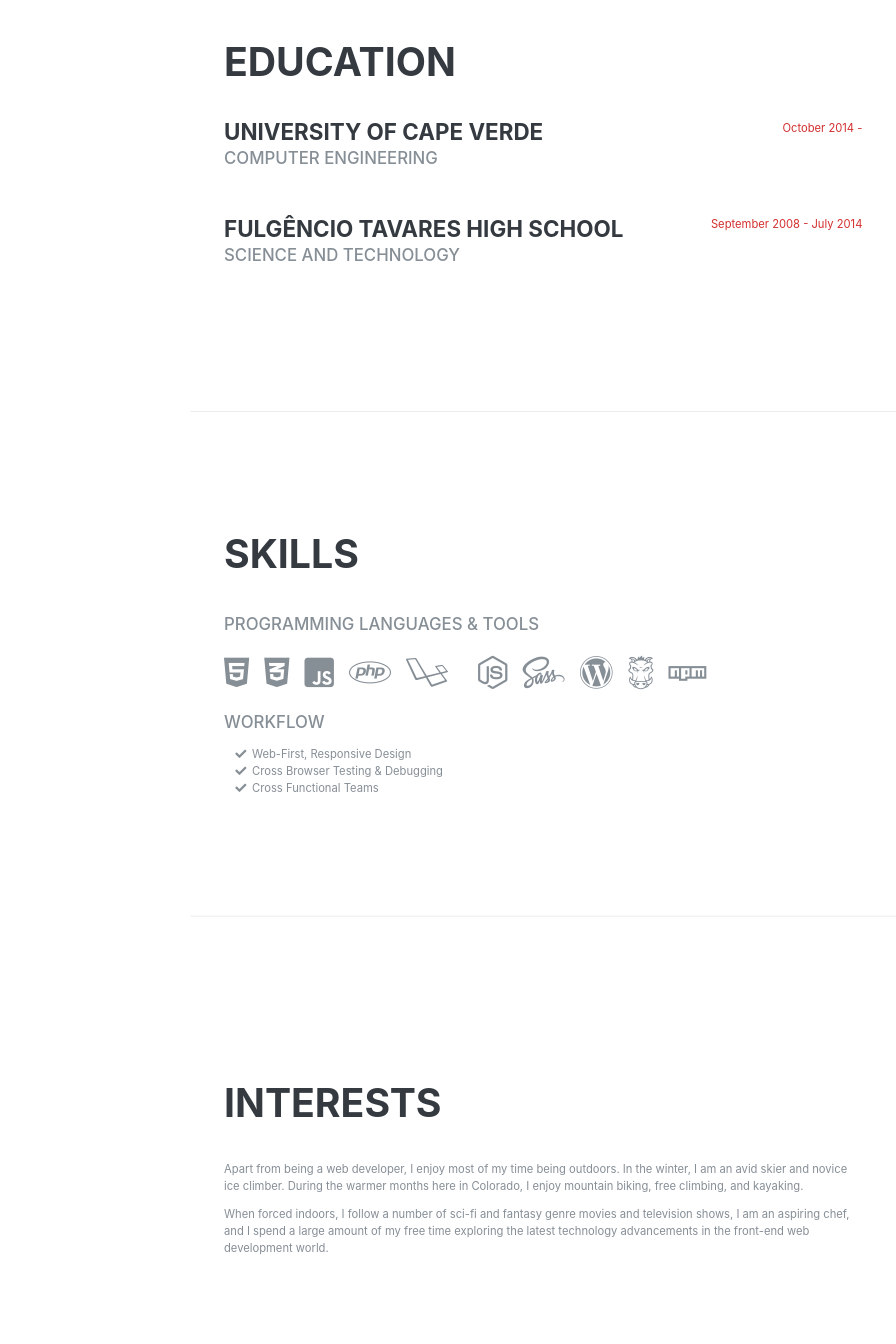
Repository: kcfurtado/kcfurtado.github.io
Page: index.html
The author's editor kept a copy of each file at every save. The page is drawn from the files as they stood at one save, then again after the next save.
The browser window is 1280 px wide. The pictures show the part of the page from y = 1995 to 3915 px (the page is 4026 px tall), at 70% of full size.
Some web fonts or font styles are not loaded; a fallback is used.

Above is the page before, as saved 2020-04-04 09:22:21.

After the next save:
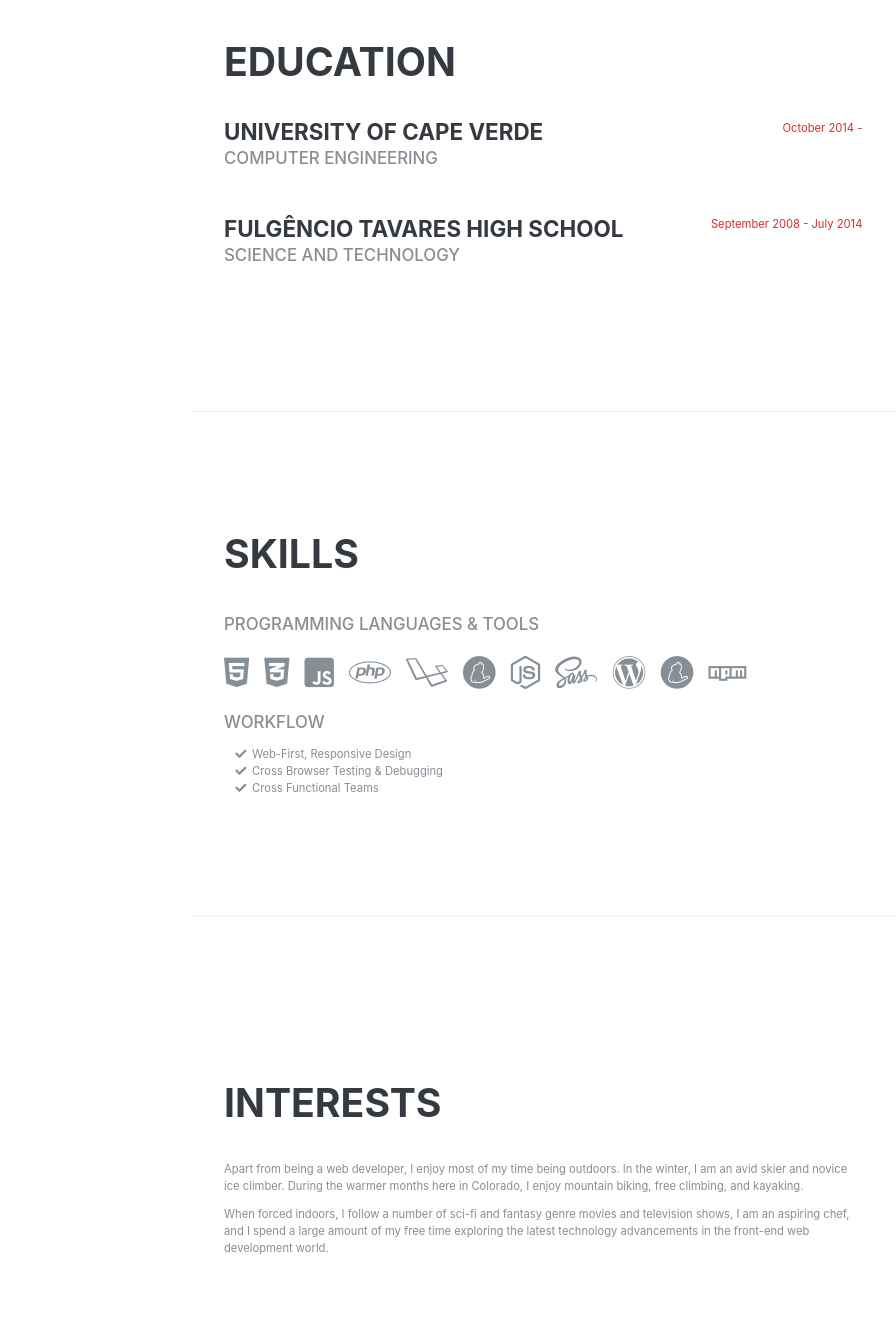
Saved 114 s later.
--- a/index.html
+++ b/index.html
@@ -197,7 +197,7 @@
             <i class="fab fa-laravel"></i>
           </li>
           <li class="list-inline-item">
-            <i class="fab fa-yii2"></i>
+            <i class="fab fa-yarn"></i>
           </li>
           <!--<li class="list-inline-item">
             <i class="fab fa-react"></i>
@@ -216,11 +216,8 @@
           <li class="list-inline-item">
             <i class="fab fa-wordpress"></i>
           </li>
-          <!--<li class="list-inline-item">
-            <i class="fab fa-gulp"></i>
-          </li>-->
-          <li class="list-inline-item">
-            <i class="fab fa-grunt"></i>
+          <li class="list-inline-item">
+            <i class="fab fa-yarn"></i>
           </li>
           <li class="list-inline-item">
             <i class="fab fa-npm"></i>
